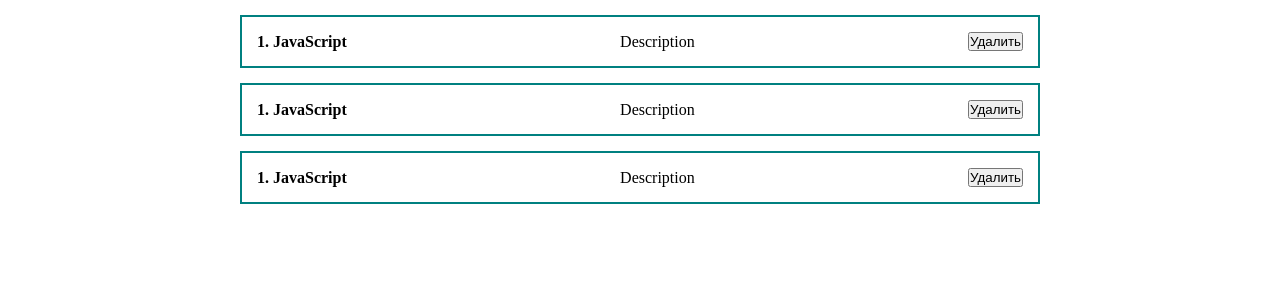
Repository: otvertka/ulb2_react
Page: / (app in jk_project/)
These files come from the project's save history. The page is drawn as it stood at one moment and after the next save; the edit follows.
The browser window is 1280 px wide. The pictures show the whole page.
The project was rebuilt for these pictures with package versions that can differ from the ones it lists, and the page was loaded fresh each time. Also part of the build but not shown: jk_project/src/component/Counter.jsx, jk_project/src/component/ClassCounter.jsx.

Above is the page before, as saved 2023-09-08 11:02:40.

After the next save:
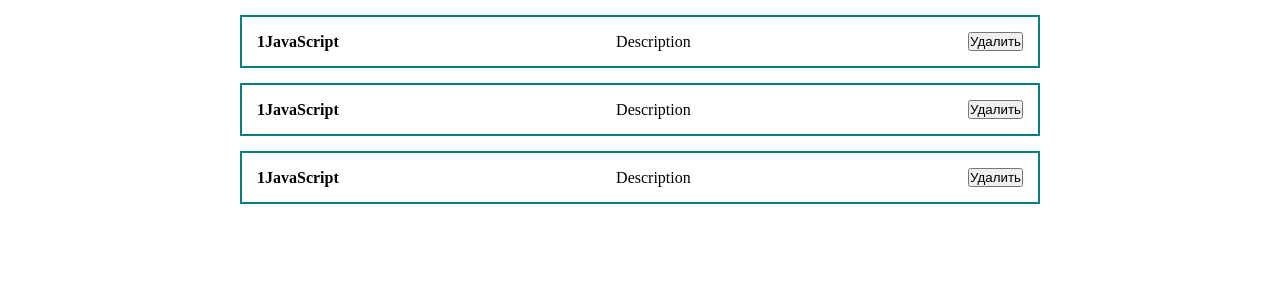
Saved 32 s later.
--- a/jk_project/src/component/PostItem.jsx
+++ b/jk_project/src/component/PostItem.jsx
@@ -6,7 +6,10 @@ const PostItem = (props) => {
     <div>
       <div className="post">
         <div className="post__content">
-          <strong>1. {props.post.title}</strong>
+          <strong>
+            {props.post.id}
+            {props.post.title}
+          </strong>
         </div>
         <div>{props.post.body}</div>
         <div className="post__btns">
